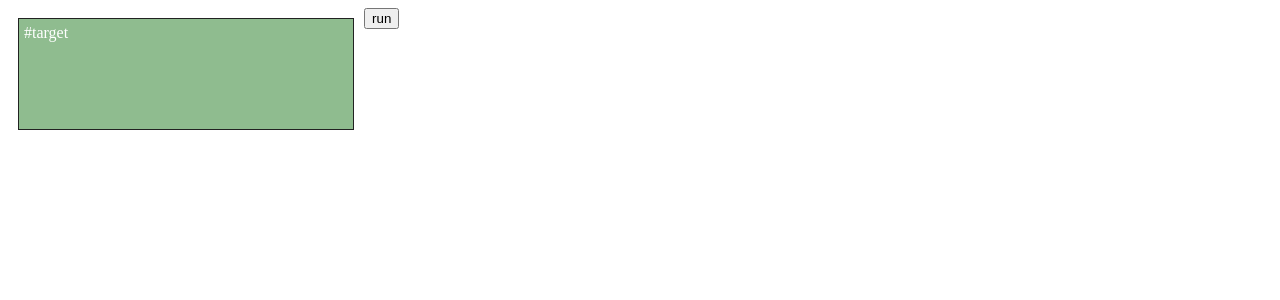
Repository: silenttemplar/java_start_project
Page: hansung_ee_2014/hansung_jquery_exercise/WebContent/14. Animate.html
An editor plug-in stored every save of this project. The page is shown before and after the next save, followed by the edit.
The browser window is 1280 px wide. The pictures show the whole page.
After loading, the first visible `input` was clicked once.

Above is the page before, as saved 2014-08-27 07:58:25.

After the next save:
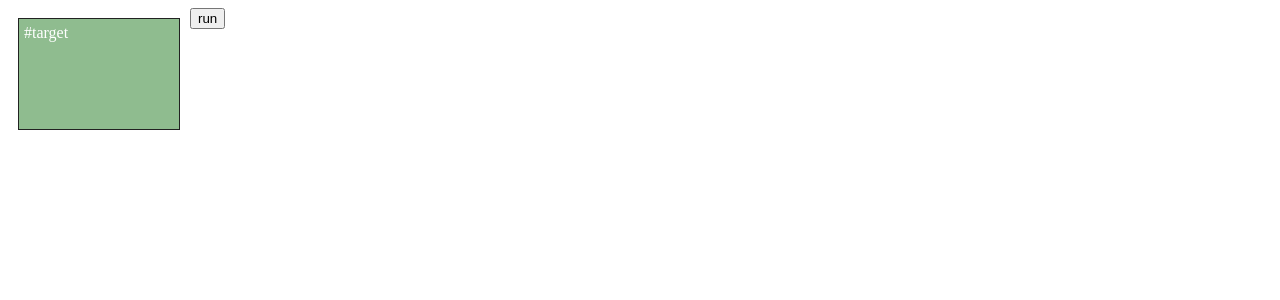
Console error: SyntaxError: Unexpected token ';'
Saved 15 s later.
--- a/hansung_ee_2014/hansung_jquery_exercise/WebContent/14. Animate.html
+++ b/hansung_ee_2014/hansung_jquery_exercise/WebContent/14. Animate.html
@@ -10,7 +10,7 @@
 	 */
 	function run() {
 		 $("#target").animate({
-		 											width:"500px",
+		 											width:"500px";
 		 											heigth:"500px"},3000);
 
 	}

After the 2 saves that followed:
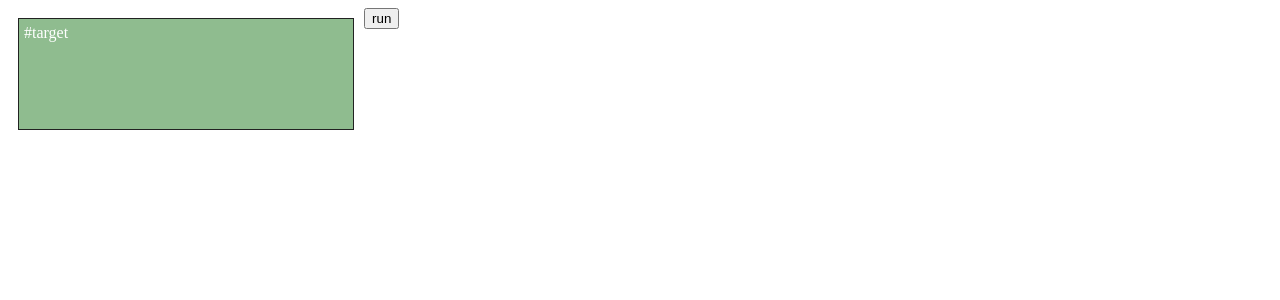
The error is gone.
The 2 saves are shown as one change because 1 left the picture as it was.
The last was saved 24 s later.
--- a/hansung_ee_2014/hansung_jquery_exercise/WebContent/14. Animate.html
+++ b/hansung_ee_2014/hansung_jquery_exercise/WebContent/14. Animate.html
@@ -9,9 +9,7 @@
 	 * 함수 : animate(), width(), height()
 	 */
 	function run() {
-		 $("#target").animate({
-		 											width:"500px";
-		 											heigth:"500px"},3000);
+		 $("#target").animate({width:"500px"},3000);
 
 	}
 </script>
